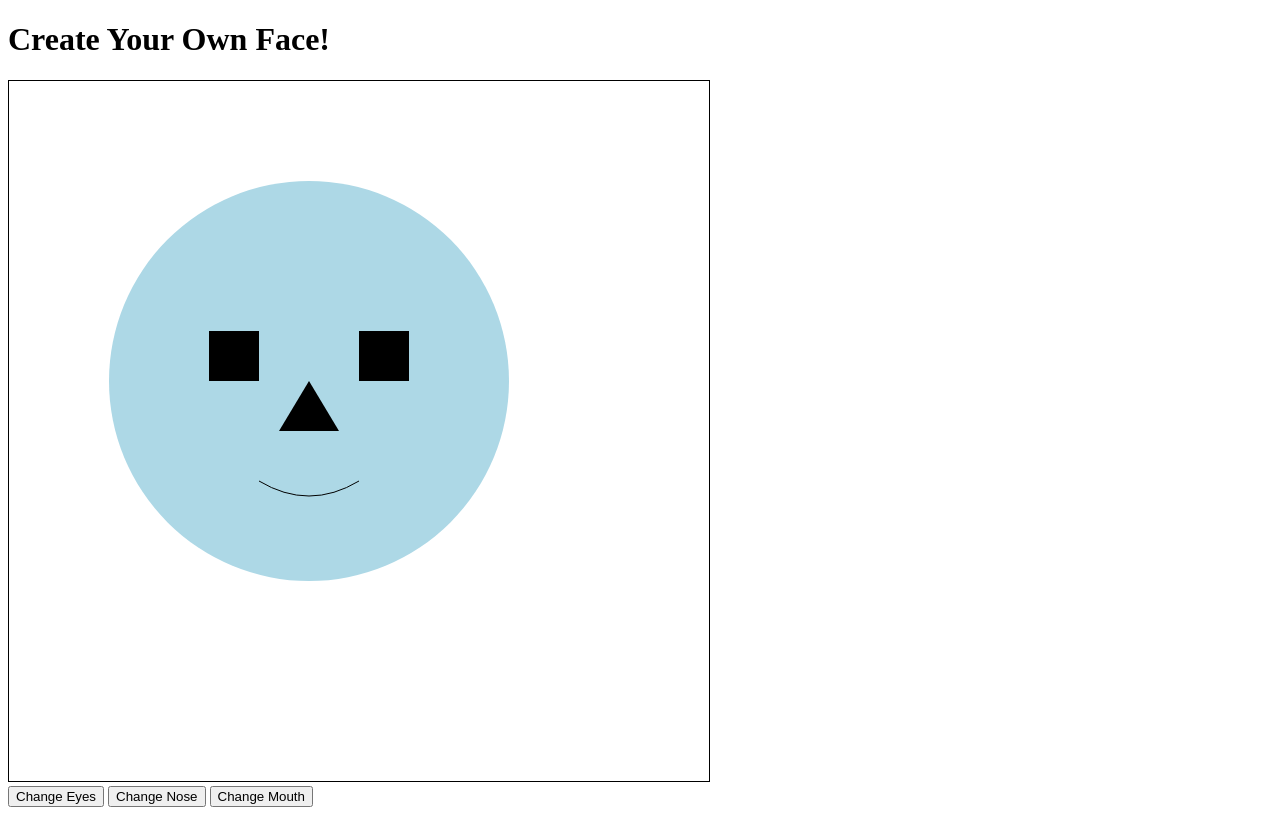
Repository: Chaimaa482/web2-tp1
Page: Tp1_1.html
These files come from the project's save history. The page is drawn as it stood at one moment and after the next save; the edit follows.
The browser window is 1280 px wide. The pictures show the whole page.

Above is the page before, as saved 2024-02-20 20:22:23.

### Tp1_1.html
<!DOCTYPE html>
<html lang="en">
<head>
    <meta charset="UTF-8">
    <meta name="viewport" content="width=device-width, initial-scale=1.0">
    <title>Custom Face Drawing</title>
</head>
<body>
    <h1>Create Your Own Face!</h1>
    <canvas id="myCanvas" width="700px" height="700px" style="border: 1px solid;"></canvas>
    <br>
    <button id="eyesButton">Change Eyes</button>
    <button id="noseButton">Change Nose</button>
    <button id="mouthButton">Change Mouth</button>

    <script>
        var canvas = document.getElementById("myCanvas");
        var ctx = canvas.getContext("2d");

        // Initial face drawing
        drawFace();

        function drawFace() {
            ctx.clearRect(0, 0, canvas.width, canvas.height);

            // Draw face outline
            ctx.fillStyle = "#add8e6"; // Light blue
            ctx.beginPath();
            ctx.arc(300, 300, 200, 0, Math.PI * 2);
            ctx.fill();

            // Draw eyes
            ctx.fillStyle = "black";
            ctx.fillRect(200, 250, 50, 50);
            ctx.fillRect(350, 250, 50, 50);

            // Draw nose
            ctx.fillStyle = "black";
            ctx.beginPath();
            ctx.moveTo(300, 300);
            ctx.lineTo(330, 350);
            ctx.lineTo(270, 350);
            ctx.fill();

            // Draw mouth
            ctx.strokeStyle = "black";
            ctx.beginPath();
            ctx.moveTo(250, 400);
            ctx.quadraticCurveTo(300, 430, 350, 400);
            ctx.stroke();
        }

        // Event listeners for button clicks
        document.getElementById("eyesButton").addEventListener("click", function () {
            ctx.clearRect(0, 0, canvas.width, canvas.height);
            // Change eye color to green
            ctx.fillStyle = "green";
            ctx.fillRect(200, 250, 50, 50);
            ctx.fillRect(350, 250, 50, 50);
        });

        document.getElementById("noseButton").addEventListener("click", function () {
            ctx.clearRect(0, 0, canvas.width, canvas.height);
            // Draw a different nose shape
            ctx.fillStyle = "black";
            ctx.beginPath();
            ctx.arc(300, 320, 15, 0, Math.PI * 2);
            ctx.fill();
        });

        document.getElementById("mouthButton").addEventListener("click", function () {
            ctx.clearRect(0, 0, canvas.width, canvas.height);
            // Draw a smiling mouth
            ctx.strokeStyle = "black";
            ctx.beginPath();
            ctx.moveTo(250, 400);
            ctx.quadraticCurveTo(300, 450, 350, 400);
            ctx.stroke();
        });
    </script>
</body>
</html>

After the next save:
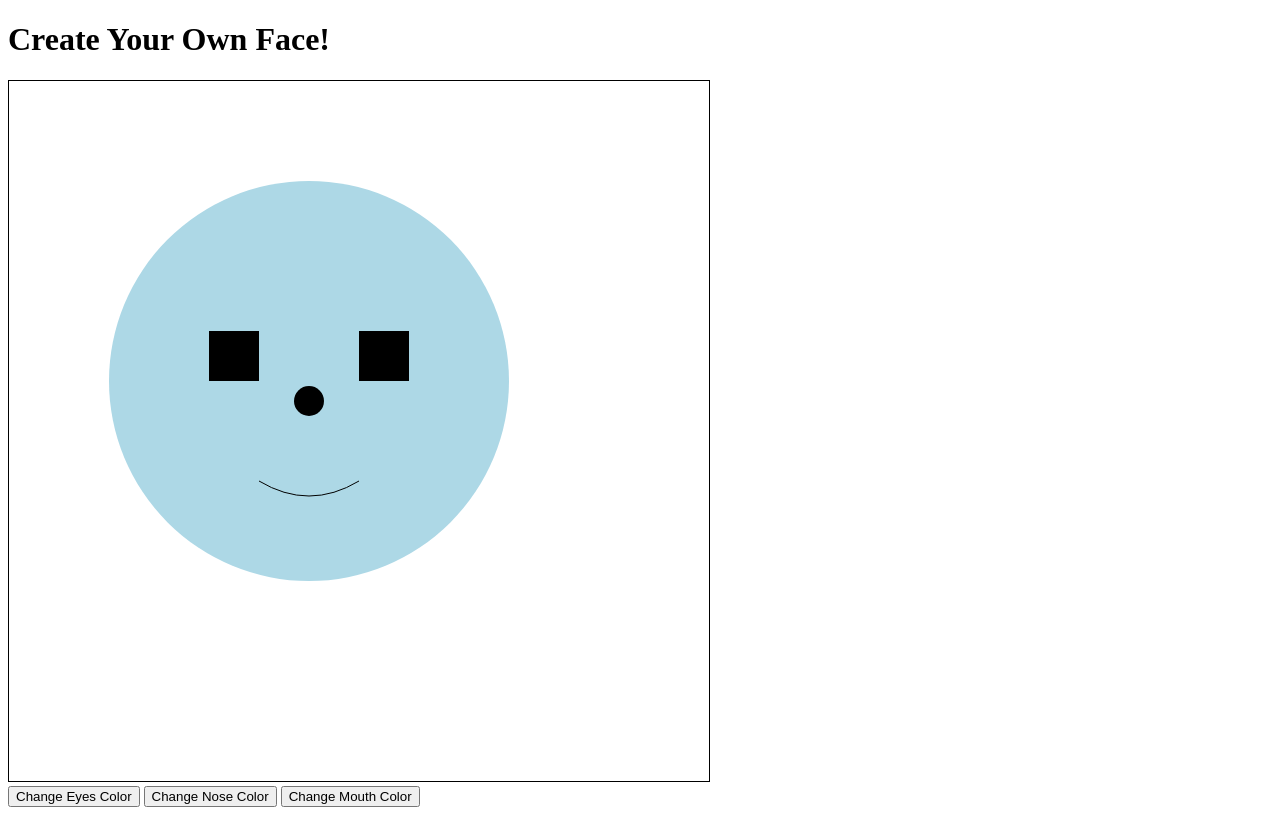
Saved 79 s later.
--- a/Tp1_1.html
+++ b/Tp1_1.html
@@ -9,9 +9,9 @@
     <h1>Create Your Own Face!</h1>
     <canvas id="myCanvas" width="700px" height="700px" style="border: 1px solid;"></canvas>
     <br>
-    <button id="eyesButton">Change Eyes</button>
-    <button id="noseButton">Change Nose</button>
-    <button id="mouthButton">Change Mouth</button>
+    <button id="eyesButton">Change Eyes Color</button>
+    <button id="noseButton">Change Nose Color</button>
+    <button id="mouthButton">Change Mouth Color</button>
 
     <script>
         var canvas = document.getElementById("myCanvas");
@@ -37,9 +37,7 @@
             // Draw nose
             ctx.fillStyle = "black";
             ctx.beginPath();
-            ctx.moveTo(300, 300);
-            ctx.lineTo(330, 350);
-            ctx.lineTo(270, 350);
+            ctx.arc(300, 320, 15, 0, Math.PI * 2);
             ctx.fill();
 
             // Draw mouth
@@ -52,7 +50,6 @@
 
         // Event listeners for button clicks
         document.getElementById("eyesButton").addEventListener("click", function () {
-            ctx.clearRect(0, 0, canvas.width, canvas.height);
             // Change eye color to green
             ctx.fillStyle = "green";
             ctx.fillRect(200, 250, 50, 50);
@@ -60,21 +57,19 @@
         });
 
         document.getElementById("noseButton").addEventListener("click", function () {
-            ctx.clearRect(0, 0, canvas.width, canvas.height);
-            // Draw a different nose shape
-            ctx.fillStyle = "black";
+            // Change nose color to red
+            ctx.fillStyle = "red";
             ctx.beginPath();
             ctx.arc(300, 320, 15, 0, Math.PI * 2);
             ctx.fill();
         });
 
         document.getElementById("mouthButton").addEventListener("click", function () {
-            ctx.clearRect(0, 0, canvas.width, canvas.height);
-            // Draw a smiling mouth
-            ctx.strokeStyle = "black";
+            // Change mouth color to purple
+            ctx.strokeStyle = "purple";
             ctx.beginPath();
             ctx.moveTo(250, 400);
-            ctx.quadraticCurveTo(300, 450, 350, 400);
+            ctx.quadraticCurveTo(300, 430, 350, 400);
             ctx.stroke();
         });
     </script>
